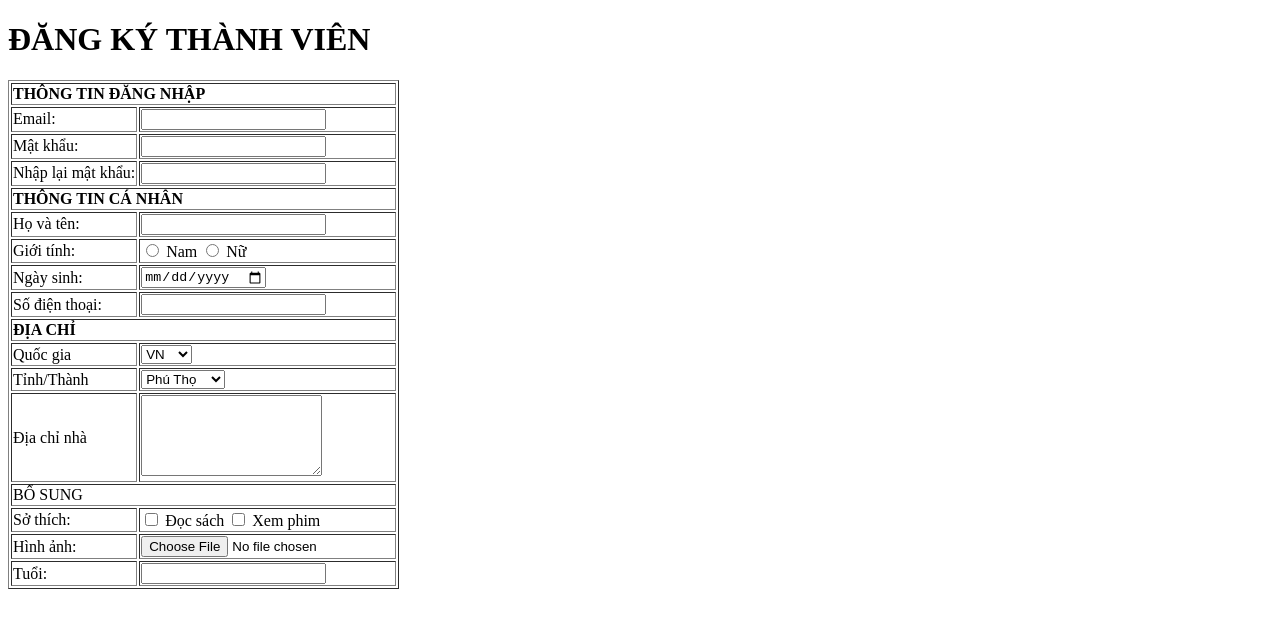
Repository: PhiKhongHoang/JSP-Servlet
Page: Bai2_HTML/src/main/webapp/register.html
The author's editor kept a copy of each file at every save. The page is drawn from the files as they stood at one save, then again after the next save.
The browser window is 1280 px wide. The pictures show the whole page.

Above is the page before, as saved 2024-02-16 10:03:25.

### Bai2_HTML/src/main/webapp/register.html
<!DOCTYPE html>
<html>
<head>
<meta charset="UTF-8">
<title>Đăng ký</title>
</head>
<body>
	<h1>ĐĂNG KÝ THÀNH VIÊN</h1>
	<table border="1">
		<tbody>
			<tr>
				<td colspan="2"><b>THÔNG TIN ĐĂNG NHẬP</b></td>
			</tr>
			<tr>
				<td>Email:</td>
				 <td><input type="email" name="email" id="idEmail"></td>
			</tr>
			<tr>
				<td>Mật khẩu:</td>
				 <td><input type="password" name="password" id="idPassword"></td>
			</tr>
			<tr>
				<td>Nhập lại mật khẩu:</td>
				 <td><input type="password" name="re_password" id="idRe_Password"></td>
			</tr>

			<tr>
				<td colspan="2"><b>THÔNG TIN CÁ NHÂN</b></td>
			</tr>
			<tr>
				<td>Họ và tên:</td>
				<td><input type="text" name="name" id="idName"></td>
			</tr>
			<tr>
				<td>Giới tính:</td>
				<td>
					<input type="radio" name="gioiTinh" id="idGioiTinhM" value="M">
						<label for="idGioiTinhM">Nam</label>
					<input type="radio" name="gioiTinh" id="idGioiTinhF" value="F">
						<label for="idGioiTinhF">Nữ</label>
				</td>
			</tr>
			<tr>
				<td>Ngày sinh:</td>
				<td><input type="date" name="ngaySinh" id="idNgaySinh"></td>
			</tr>
			<tr>
				<td>Số điện thoại:</td>
				<td><input type="tel" name="soDienThoai" id="idSoDienThoai"></td>
			</tr>

			<tr>
				<td colspan="2"><b>ĐỊA CHỈ</b></td>
			</tr>
			<tr>
				<td>Quốc gia</td>
				<td>
					<select name="quocGia" id="idQuocGia">
						<option value="vn">VN</option>
						<option value="lao">Lào</option>
						<option value="cpc">CPC</option>
					</select>
				</td>
			</tr>
			<tr>
				<td>Tỉnh/Thành</td>
				<td>
					<select name="tinhThanh" id="idTinhThanh">
						<option value="pt">Phú Thọ</option>
						<option value="hn">Hà Nội</option>
						<option value="vp">Vĩnh Phúc</option>
					</select>
				</td>
			</tr>
			<tr>
				<td>Địa chỉ nhà</td>
				<td>
					<textarea rows="5" cols=""></textarea>
				</td>
			</tr>

			<tr>
				<td colspan="2">BỔ SUNG</td>
			</tr>
			<tr>
				<td>Sở thích:</td>
				<td>
					<input type="checkbox" name="soThich" id="idSoThichDocSach">
						<label for="idSoThichDocSach">Đọc sách</label>
					<input type="checkbox" name="soThich" id="idSoThichXemPhim">
						<label for="idSoThichXemPhim">Xem phim</label>
				</td>
			</tr>
			<tr>
				<td>Hình ảnh:</td>
				<td>
					<input type="file" name="hinhAnh" id="idHinhAnh">
				</td>
			</tr>
			<tr>
				<td>Tuổi:</td>
				<td>
					<input type="number" name="tuoi" id="idTuoi" min="0">
				</td>
			</tr>
		</tbody>
	</table>
</body>
</html>

After the next save:
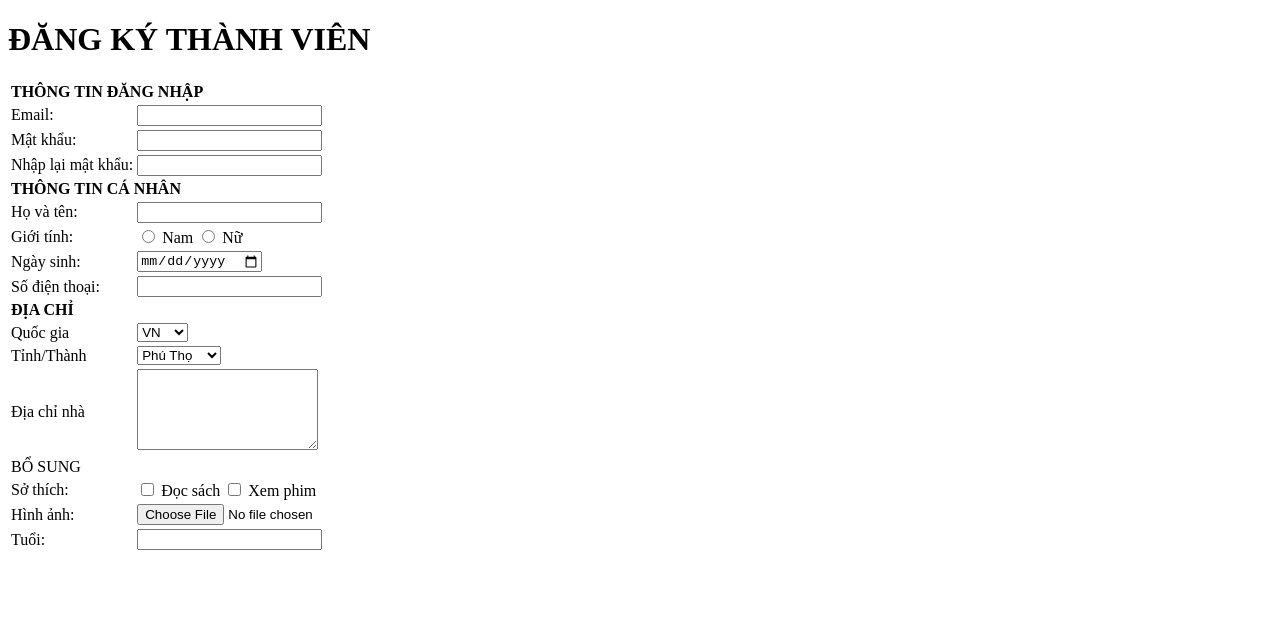
Saved 38 s later.
--- a/Bai2_HTML/src/main/webapp/register.html
+++ b/Bai2_HTML/src/main/webapp/register.html
@@ -6,7 +6,7 @@
 </head>
 <body>
 	<h1>ĐĂNG KÝ THÀNH VIÊN</h1>
-	<table border="1">
+	<table>
 		<tbody>
 			<tr>
 				<td colspan="2"><b>THÔNG TIN ĐĂNG NHẬP</b></td>
